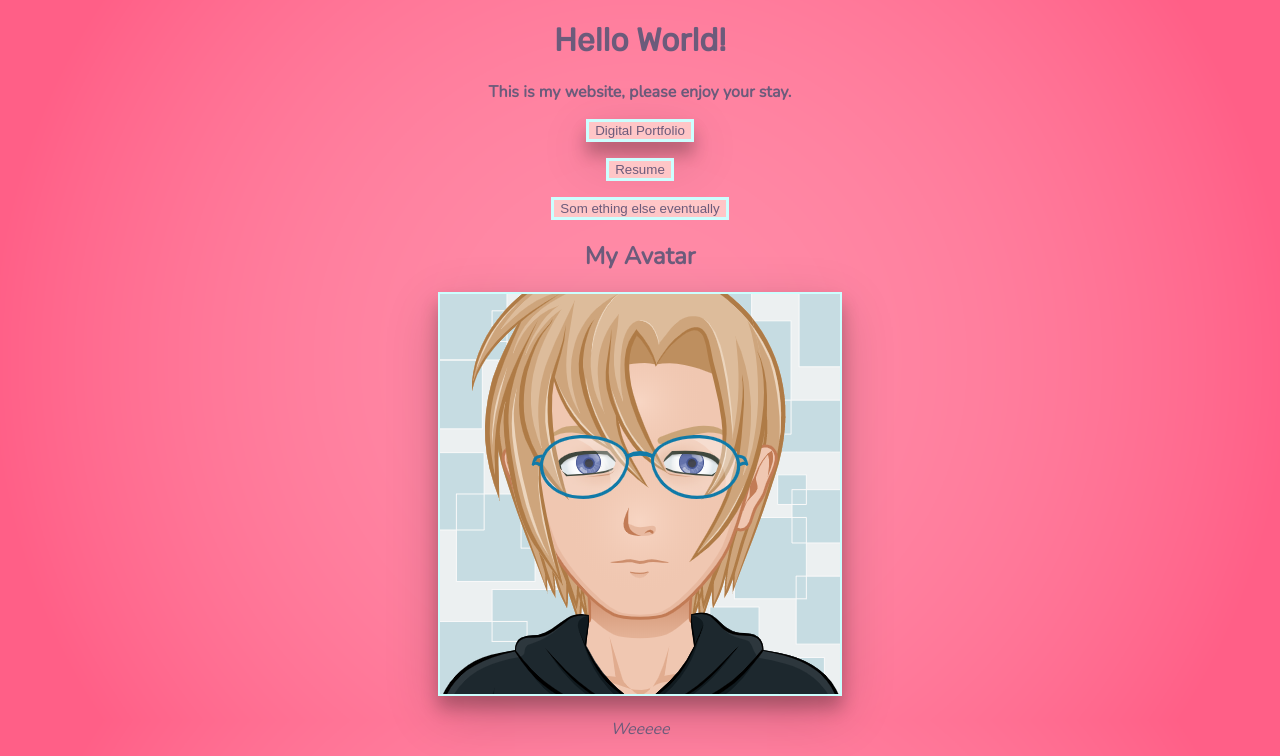
Repository: Ivyeomnky/Ivyeomnky.github.io
Page: index.html
The author's editor kept a record of every edit. The page is drawn from the files as they stood at one moment, then again after the next edit.
The browser window is 1280 px wide. The pictures show the whole page.
The pointer rests on the first visible `button`.
Backgrounds fixed to the window are drawn as part of the page.

Above is the page before.

After the next edit:
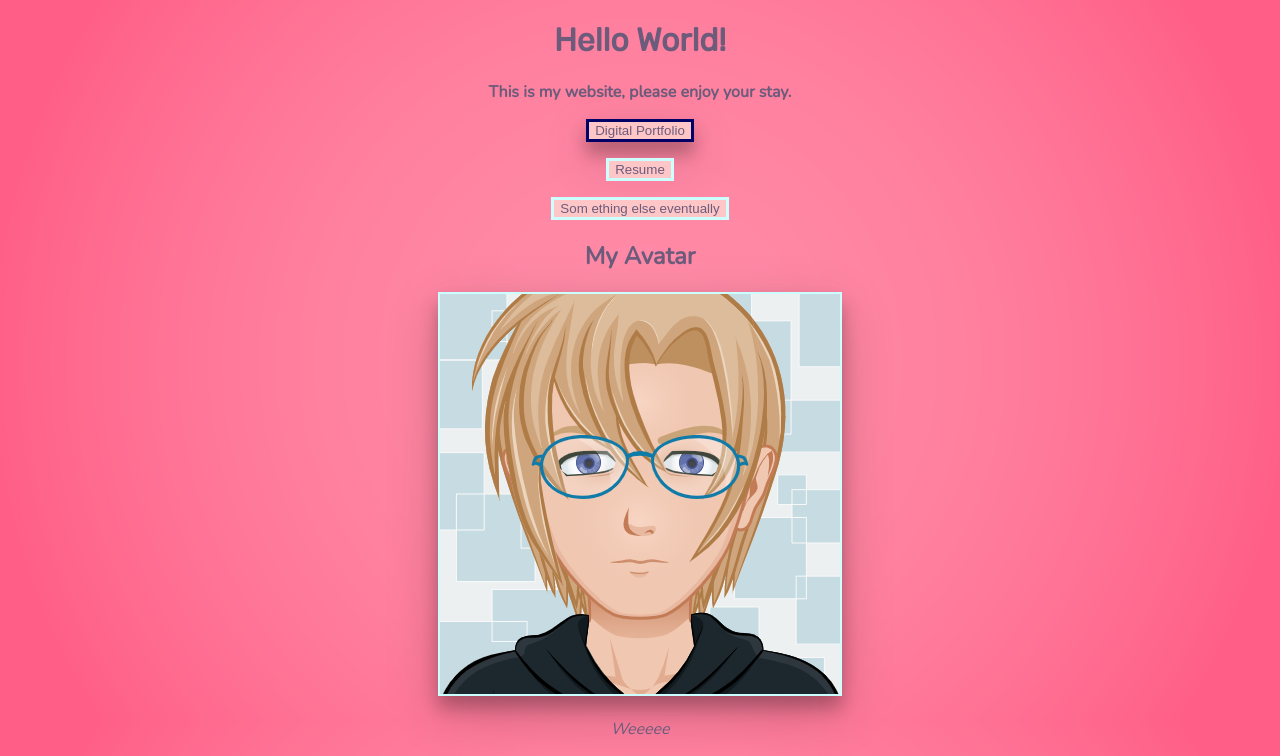
The edit:
--- a/css.css
+++ b/css.css
@@ -17,7 +17,7 @@
 }
 button:hover{
   background-color: #ffc6c7;
-  border: 3px solid #ccffff;
+  border: 3px solid #000066;
   color: #6c5b7b;
   opacity:100;
   box-shadow:0 12px 16px 0 rgba(0,0,0,0.24), 0 17px 50px 0 rgba(0,0,0,0.19);
